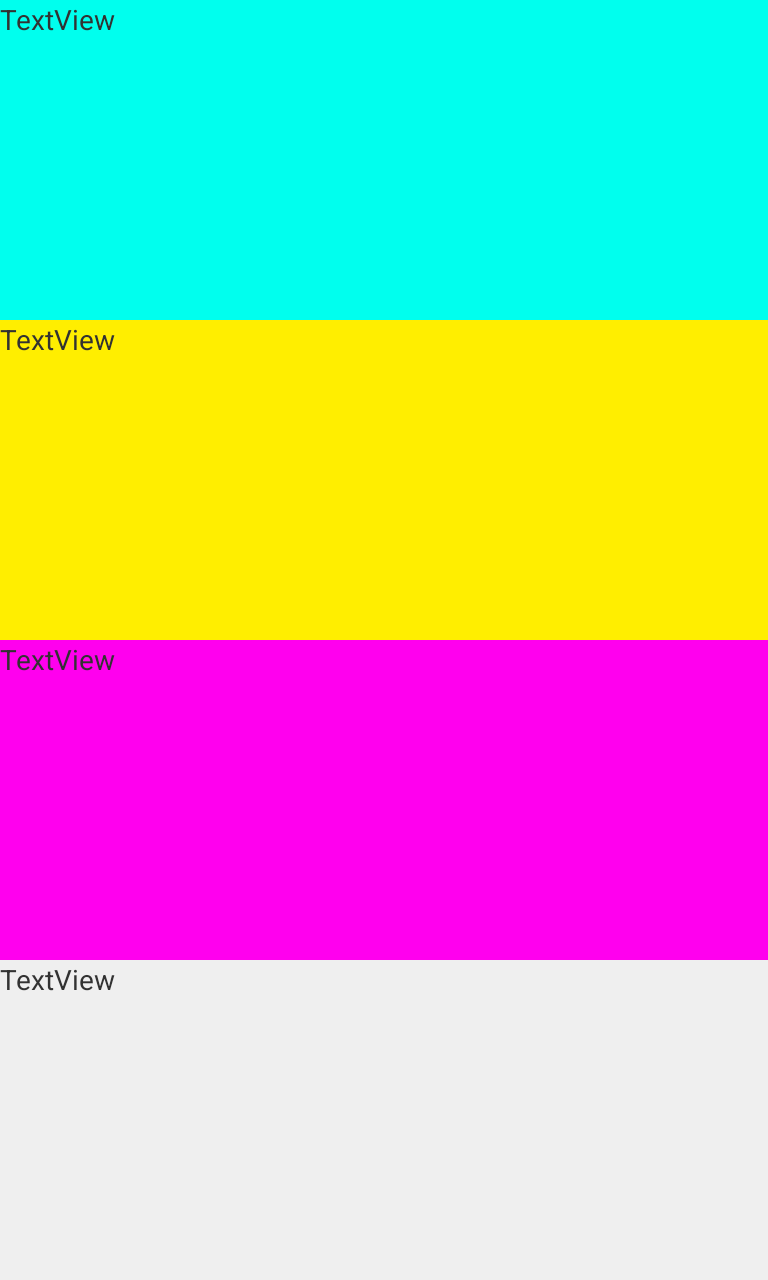
Repository: IvyZh/hm66
Layout: 黑马项目/res/layout/activity_sdstoraget.xml
These files come from the project's save history. The layout is drawn as it stood at one moment and after the next save; the edit follows.
It is drawn on a 768 x 1280 px phone screen (xhdpi) without system bars, with theme AppTheme; the app's code is not run.

Above is the layout before, as saved 2016-05-17 20:41:03.

### 黑马项目/res/layout/activity_sdstoraget.xml
<LinearLayout xmlns:android="http://schemas.android.com/apk/res/android"
    xmlns:tools="http://schemas.android.com/tools"
    android:layout_width="match_parent"
    android:layout_height="match_parent"
    android:orientation="vertical" >

    <LinearLayout
        android:layout_width="match_parent"
        android:layout_height="0dp"
        android:layout_weight="1"
        android:orientation="vertical" >

        <TextView
            android:id="@+id/tv_storage"
            android:layout_width="match_parent"
            android:layout_height="0dp"
            android:layout_weight="1"
            android:background="#00ffee"
            android:text="TextView" />

        <TextView
            android:layout_width="match_parent"
            android:layout_height="0dp"
            android:layout_weight="1"
            android:background="#ffee00"
            android:text="TextView" />

        <TextView
            android:layout_width="match_parent"
            android:layout_height="0dp"
            android:layout_weight="1"
            android:background="#ff00ee"
            android:text="TextView" />

        <TextView
            android:layout_width="match_parent"
            android:layout_height="0dp"
            android:layout_weight="1"
            android:background="#efefef"
            android:text="TextView" />
    </LinearLayout>

</LinearLayout>

Loaded but not shown: 黑马项目/res/values/styles.xml (common file); 黑马项目/res/values-v11/styles.xml (common file); 黑马项目/res/values-v14/styles.xml (common file)

After the next save:
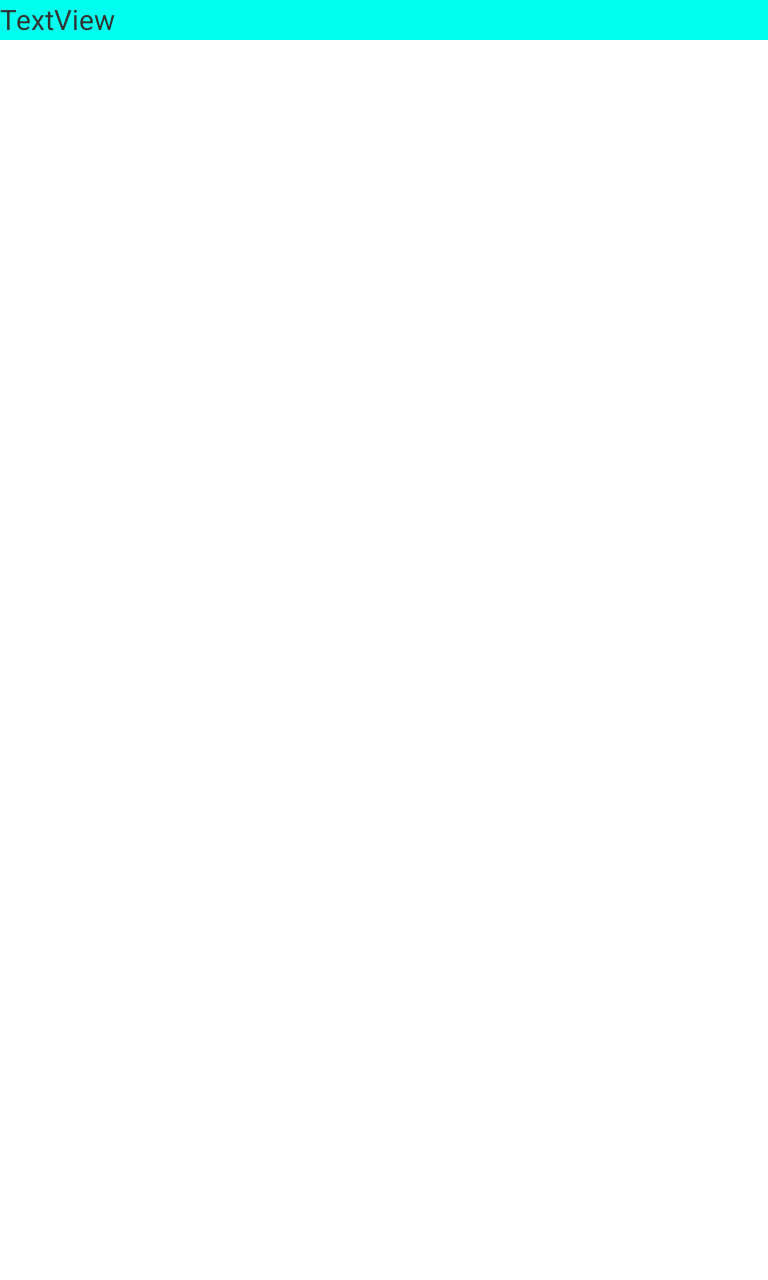
Saved 17 s later.
--- a/黑马项目/res/layout/activity_sdstoraget.xml
+++ b/黑马项目/res/layout/activity_sdstoraget.xml
@@ -13,31 +13,10 @@
         <TextView
             android:id="@+id/tv_storage"
             android:layout_width="match_parent"
-            android:layout_height="0dp"
-            android:layout_weight="1"
+            android:layout_height="20dp"
             android:background="#00ffee"
             android:text="TextView" />
 
-        <TextView
-            android:layout_width="match_parent"
-            android:layout_height="0dp"
-            android:layout_weight="1"
-            android:background="#ffee00"
-            android:text="TextView" />
-
-        <TextView
-            android:layout_width="match_parent"
-            android:layout_height="0dp"
-            android:layout_weight="1"
-            android:background="#ff00ee"
-            android:text="TextView" />
-
-        <TextView
-            android:layout_width="match_parent"
-            android:layout_height="0dp"
-            android:layout_weight="1"
-            android:background="#efefef"
-            android:text="TextView" />
     </LinearLayout>
 
 </LinearLayout>
